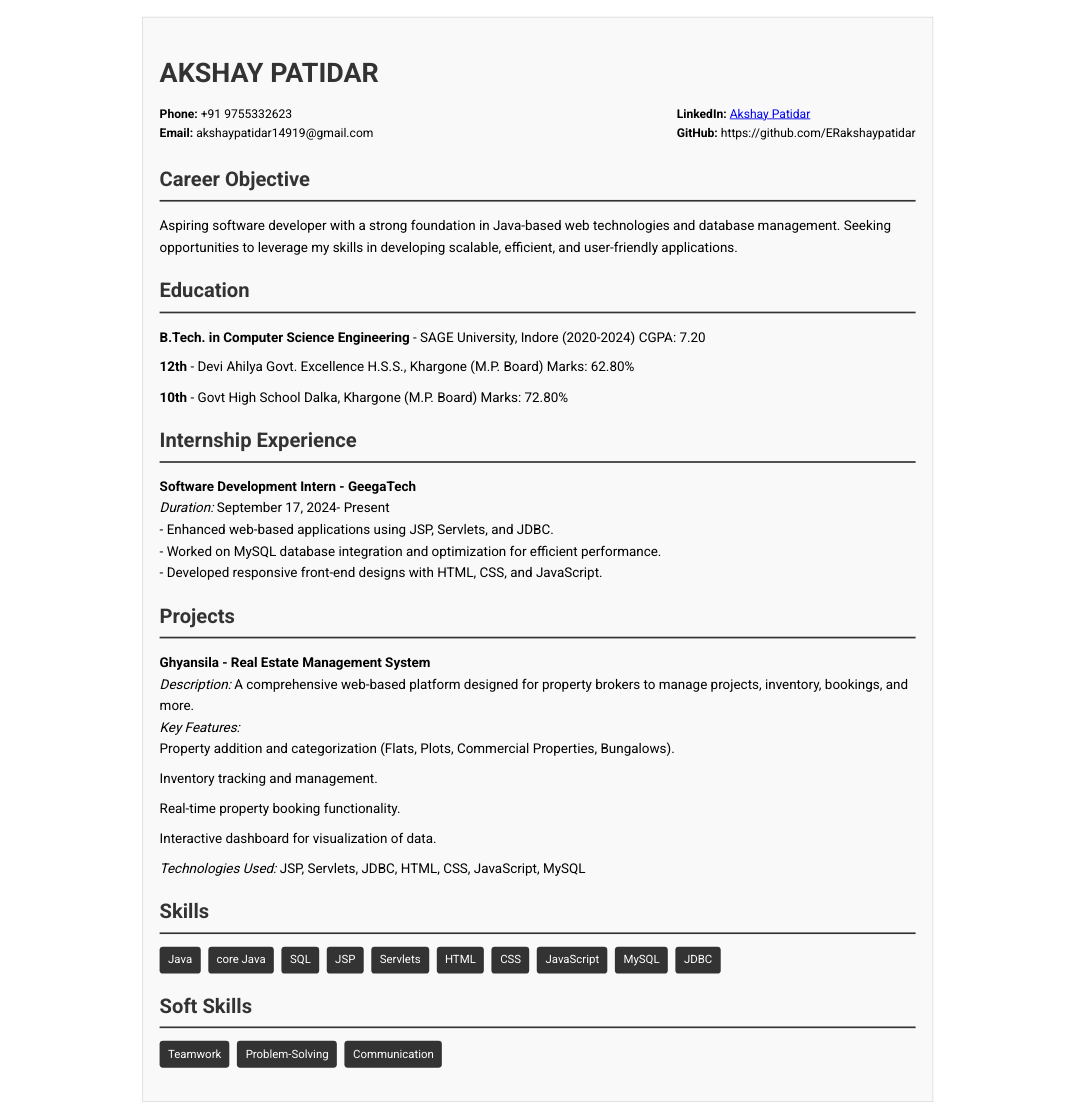
Repository: ERakshaypatidar/Gyanshieela
Page: akshayResume.html
An editor plug-in stored every save of this project. The page is shown before and after the next save, followed by the edit.
The browser window is 1280 px wide. The pictures show the whole page, at 84% of full size.

Above is the page before, as saved 2024-12-16 16:31:18.

After the next save:
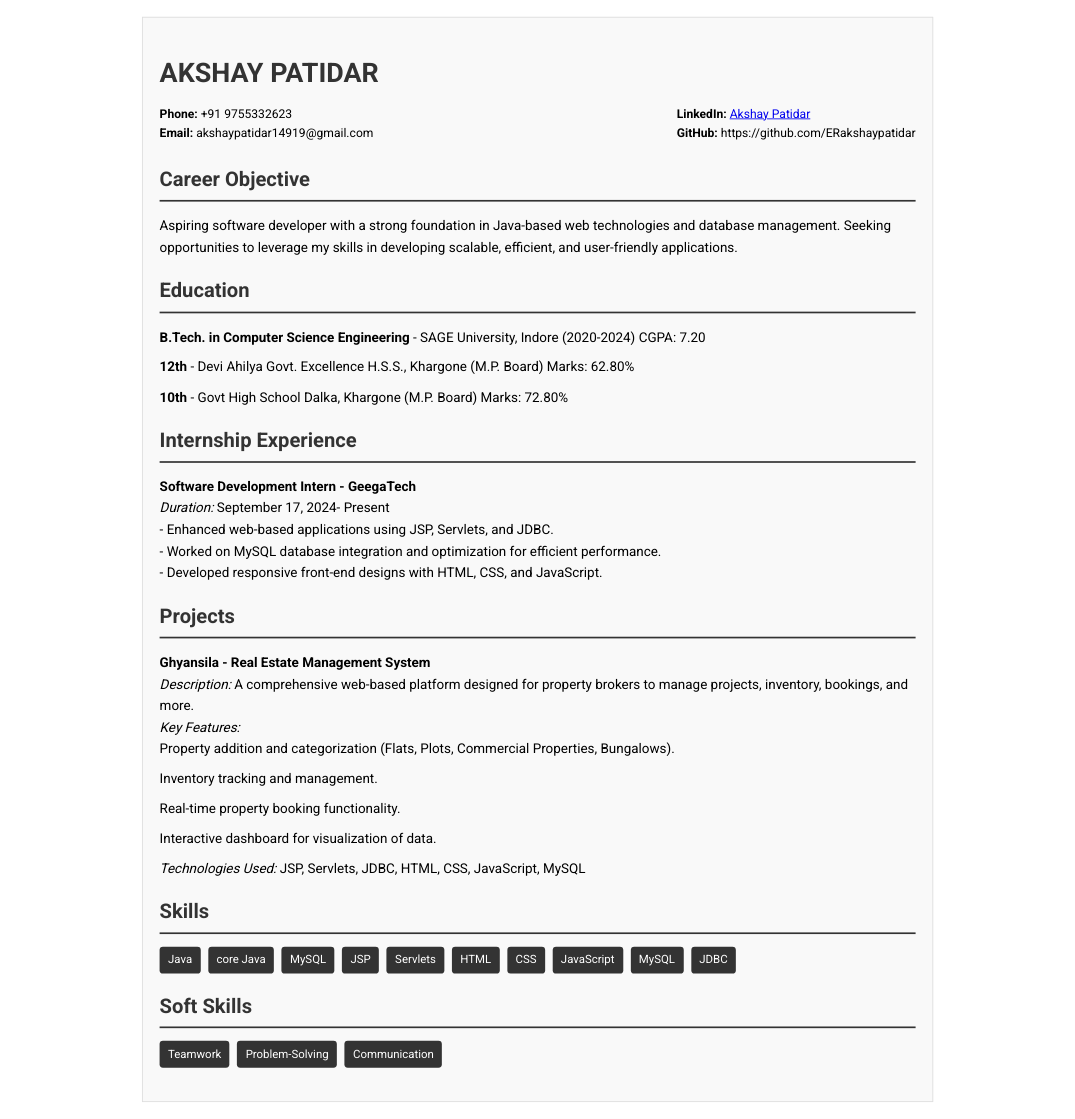
Saved 85 s later.
--- a/akshayResume.html
+++ b/akshayResume.html
@@ -163,7 +163,7 @@
         <span>Java</span>
         <span>core Java</span>
 
-        <span>SQL</span>
+        <span>MySQL</span>
         <span>JSP</span>
         <span>Servlets</span>
         <span>HTML</span>
